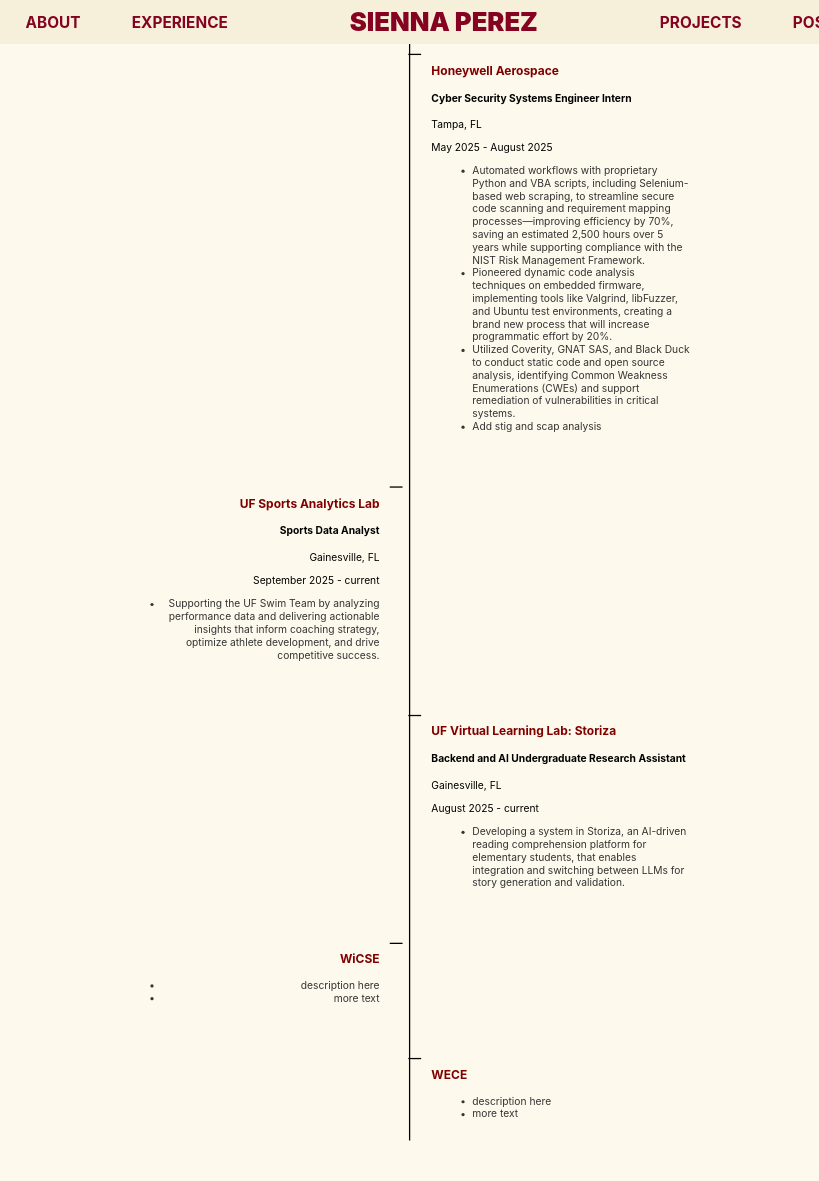
Repository: siennaperez/siennaperezweb
Page: /experience
These files come from the project's save history. The page is drawn as it stood at one moment and after the next save; the edit follows.
The browser window is 1280 px wide. The pictures show the whole page, at 64% of full size.
The project was rebuilt for these pictures with package versions that can differ from the ones it lists, and the page was loaded fresh each time. Also part of the build but not shown: src/App.css, src/pages/About.css, src/pages/About.js, src/pages/Home.js.

Above is the page before, as saved 2025-09-21 15:24:47.

### src/App.js
import './App.css';
import ReactDOM from "react-dom/client";
import { BrowserRouter, Routes, Route, Link } from "react-router-dom";
import Navbar from "./components/Navbar";
import Home from "./pages/Home";
import About from "./pages/About";
import Experience from "./pages/Experience";


function App() {
  return (
    <BrowserRouter>
      <Navbar />
      <Routes>
        <Route path="/" element={<Home />} />
        <Route path="/about" element={<About />} />
        <Route path="/experience" element={<Experience />} />

      </Routes>
    </BrowserRouter>
  );
}

export default App;

const root = ReactDOM.createRoot(document.getElementById('root'));
root.render(<App />);

### src/components/Navbar.js
import "./Navbar.css";

import { Link } from 'react-router-dom';

const Navbar = () => {
  return (
    <nav className= "navbar">
      <ul className="nav-list">
        <div class="nav-left">
      <li class="nav-item"><a href="/about">ABOUT</a></li>
      <li class="nav-item"><a href="/experience">EXPERIENCE</a></li>
    </div>

    <div class="nav-center">
      <li class="nav-item"><a href="/">SIENNA PEREZ</a></li>
    </div>

    <div class="nav-right">
      <li class="nav-item"><a href="/projects">PROJECTS</a></li>
      <li class="nav-item"><a href="/posts">POSTS</a></li>
    </div>
      </ul>

    </nav>
  );
}

export default Navbar;

### src/pages/Experience.js
import "./Experience.css";


function Experience() {
return (
    <div className="experience-container">
      <div className="timeline">
        {/* Honeywell */}
        <div className="timeline-item right">
          <h3>Honeywell Aerospace</h3>
          <h4>Cyber Security Systems Engineer Intern</h4>
            <p>Tampa, FL</p>
            <p>May 2025 - August 2025</p>
          <ul>
            <li>Automated workflows with proprietary Python and VBA scripts, including Selenium-based web scraping, to streamline secure code scanning and requirement mapping processes—improving efficiency by 70%, saving an estimated 2,500 hours over 5 years while supporting compliance with the NIST Risk Management Framework.</li>
            <li>Pioneered dynamic code analysis techniques on embedded firmware, implementing tools like Valgrind, libFuzzer, and Ubuntu test environments, creating a brand new process that will increase programmatic effort by 20%.</li>
            <li>Utilized Coverity, GNAT SAS, and Black Duck to conduct static code and open source analysis, identifying Common Weakness Enumerations (CWEs) and support remediation of vulnerabilities in critical systems.</li>
            <li>Add stig and scap analysis</li>
          </ul>
        </div>

        {/* Storiza Lab */}
        <div className="timeline-item left">
          <h3>UF Sports Analytics Lab</h3>
          <h4>Sports Data Analyst</h4>
            <p>Gainesville, FL</p>
            <p>September 2025 - current</p>
          <ul>
            <li>Supporting the UF Swim Team by analyzing performance data and delivering actionable insights that inform coaching strategy, optimize athlete development, and drive competitive success.</li>
          </ul>
        </div>

        {/* Data Job */}
        <div className="timeline-item right">
          <h3>UF Virtual Learning Lab: Storiza</h3>
          <h4>Backend and AI Undergraduate Research Assistant</h4>
            <p>Gainesville, FL</p>
            <p>August 2025 - current</p>
          <ul>
            <li>Developing a system in Storiza, an AI-driven reading comprehension platform for elementary students, that enables integration and switching between LLMs for story generation and validation. </li>
          </ul>
        </div>

        {/* WiCSE */}
        <div className="timeline-item left">
          <h3>WiCSE</h3>
          <ul>
            <li>description here</li>
            <li>more text</li>
          </ul>
        </div>

        {/* WECE */}
        <div className="timeline-item right">
          <h3>WECE</h3>
          <ul>
            <li>description here</li>
            <li>more text</li>
          </ul>
        </div>
      </div>
    </div>
  );
}
  export default Experience;

### src/components/Navbar.css
.navbar {
  background-color: #F6F0DA;
  padding: 10px 40px;
  position: fixed;
  width: 100%;
  top: 0;
  z-index: 100;
}

.nav-list {
  display: flex;
  justify-content: space-between;
  align-items: center;
  list-style: none;
  margin: 0;
  padding: 0;
  font-weight: bold;
  font-size: 24px;
  color: #850221;
}

.nav-left,
.nav-right {
  display: flex;
  gap: 80px;
}

.nav-center {
  font-size: 40px;
  font-weight: 900;
}

.nav-item a {
  text-decoration: none;
  color: #850221;
}

### src/pages/Experience.css
.experience-container {
  background-color: #fdf9ed; /* light beige like mockup */
  padding: 2rem;

  overflow-y: scroll; /* makes it scroll */
}

.timeline {
  position: relative;
  margin: 0 auto;
  width: 80%;
  max-width: 900px;
}

.timeline::before {
  content: "";
  position: absolute;
  top: 0;
  bottom: 0;
  left: 50%;
  width: 2px;
  background: #000;
  transform: translateX(-50%);
}

/* Each timeline item */
.timeline-item {
  width: 45%;
  padding: 1rem;
  position: relative;
  margin: 2rem 0;
}

.timeline-item h3 {
  color: #800000; /* deep red like mockup */
  font-weight: bold;
}

.timeline-item ul {
  list-style-type: disc;
  margin-left: 1.5rem;
  color: #333;
}

/* Positioning left & right */
.timeline-item.left {
  text-align: right;
  left: -2%;
}

.timeline-item.right {
  text-align: left;
  left: 52%;
}

/* Add connector line */
.timeline-item.left::before,
.timeline-item.right::before {
  content: "";
  position: absolute;
  top: 20px;
  width: 20px;
  height: 2px;
  background: #000;
}

.timeline-item.left::before {
  right: -20px;
}

.timeline-item.right::before {
  left: -20px;
}

Loaded but not shown: public/index.html (common file); src/index.js (common file); src/index.css (common file); src/reportWebVitals.js (common file)

After the next save:
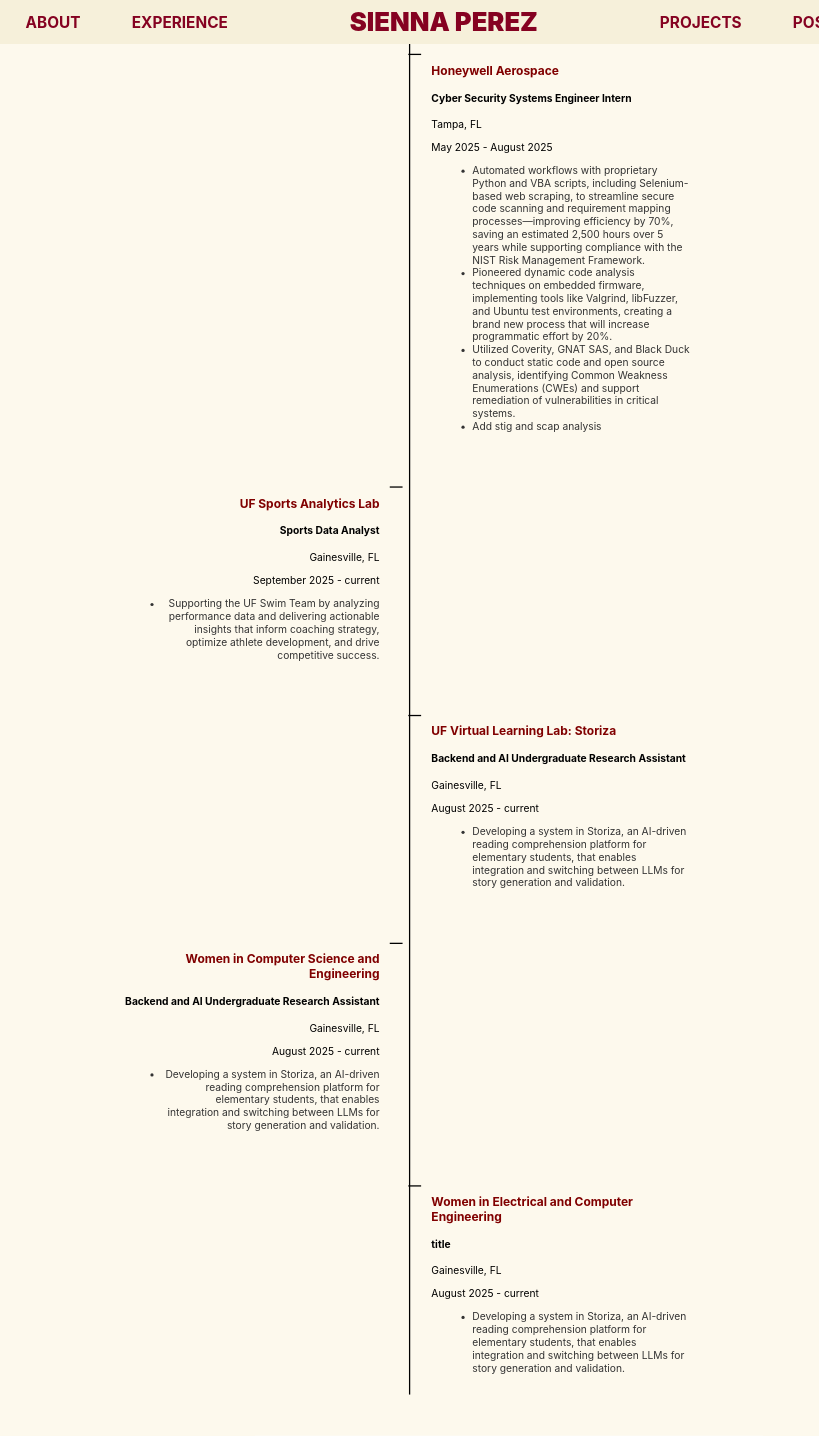
Saved 68 s later.
--- a/src/pages/Experience.js
+++ b/src/pages/Experience.js
@@ -43,19 +43,23 @@
 
         {/* WiCSE */}
         <div className="timeline-item left">
-          <h3>WiCSE</h3>
+          <h3>Women in Computer Science and Engineering</h3>
+          <h4>Backend and AI Undergraduate Research Assistant</h4>
+            <p>Gainesville, FL</p>
+            <p>August 2025 - current</p>
           <ul>
-            <li>description here</li>
-            <li>more text</li>
+            <li>Developing a system in Storiza, an AI-driven reading comprehension platform for elementary students, that enables integration and switching between LLMs for story generation and validation. </li>
           </ul>
         </div>
 
         {/* WECE */}
         <div className="timeline-item right">
-          <h3>WECE</h3>
+          <h3>Women in Electrical and Computer Engineering</h3>
+          <h4>title</h4>
+            <p>Gainesville, FL</p>
+            <p>August 2025 - current</p>
           <ul>
-            <li>description here</li>
-            <li>more text</li>
+            <li>Developing a system in Storiza, an AI-driven reading comprehension platform for elementary students, that enables integration and switching between LLMs for story generation and validation. </li>
           </ul>
         </div>
       </div>
